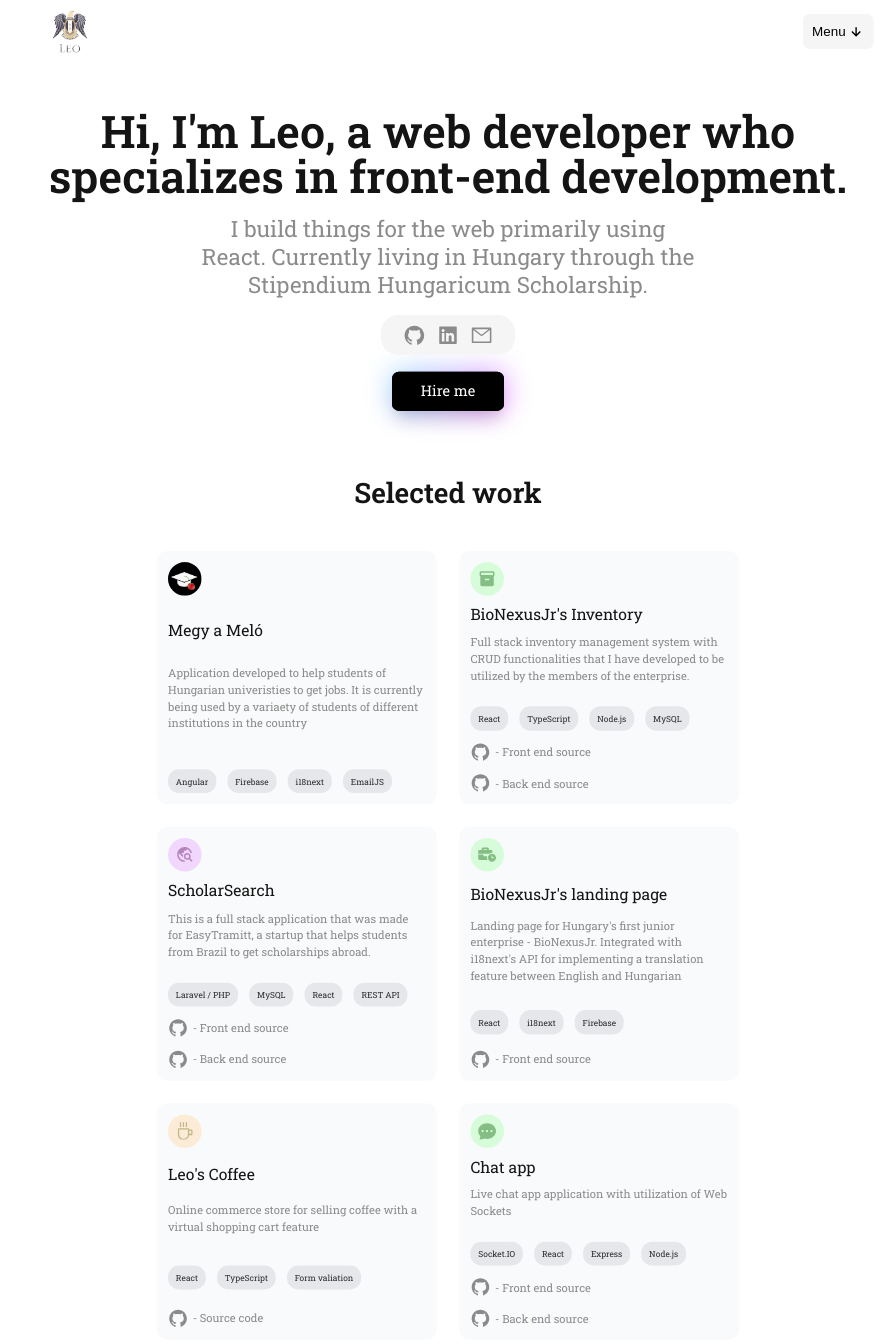
Repository: Leoka2000/portfolio-final
Page: /
These files come from the project's save history. The page is drawn as it stood at one moment and after the next save; the edit follows.
The browser window is 1280 px wide. The pictures show the part of the page from y = 0 to 1920 px (the page is 3461 px tall), at 70% of full size.
Some web fonts or font styles are not loaded; a fallback is used. The project was rebuilt for these pictures with package versions that can differ from the ones it lists, and the page was loaded fresh each time. Some packages were replaced by stand-ins written for this rebuild. Also part of the build but not shown: src/App.css. Imported but missing from the stored project, and not drawn on this page: src/assets/BioNexus.mp4, src/assets/LeoCV.pdf, src/assets/ScholarSearch.mp4, src/assets/chat-app.mp4.

Above is the page before, as saved 2023-10-21 12:51:48.

After the next save:
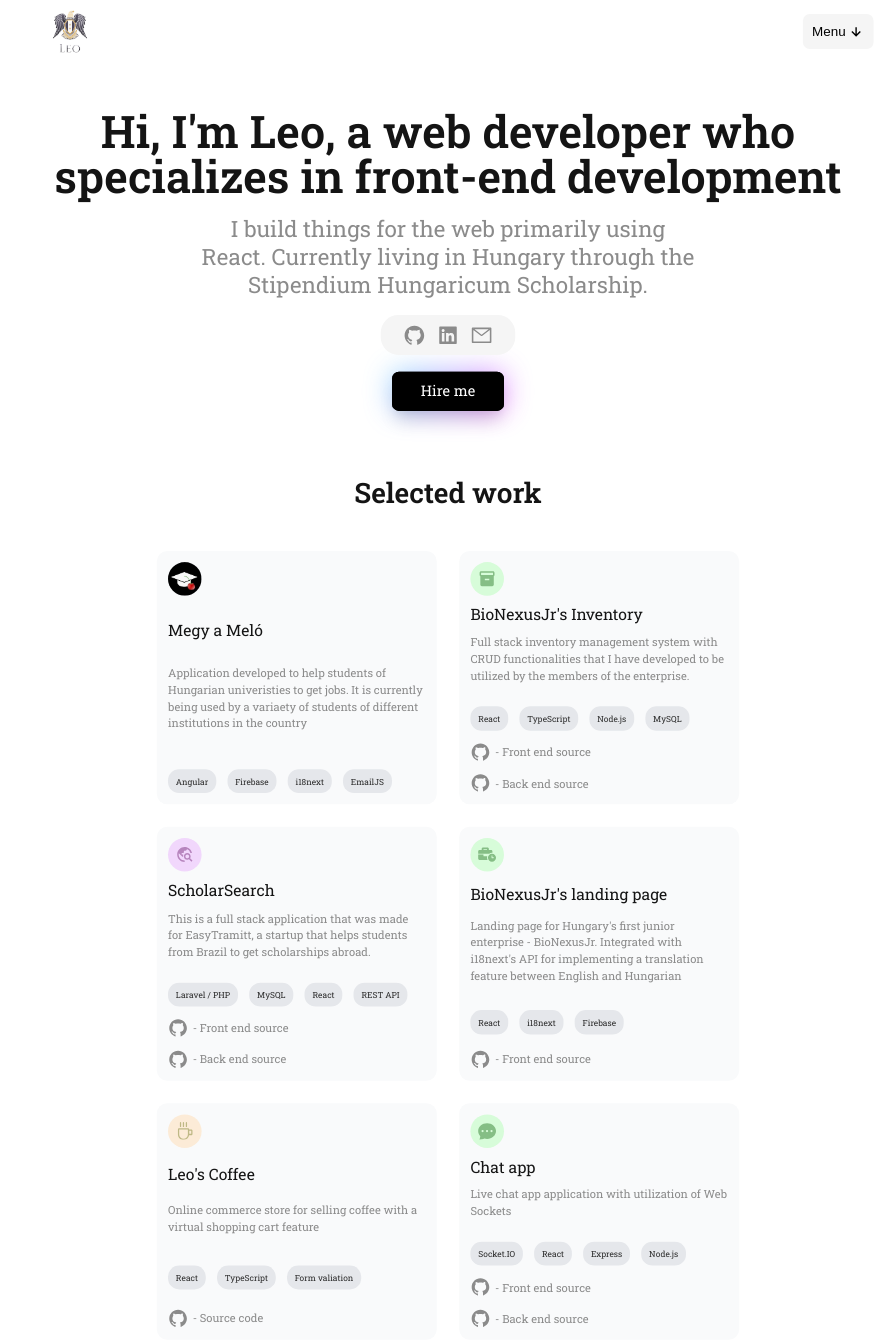
Saved 5 s later.
--- a/src/pages/main/hero/hero.jsx
+++ b/src/pages/main/hero/hero.jsx
@@ -9,7 +9,7 @@
   return (
     <>
       <section className='hero-section'>
-        <h1>Hi, I'm Leo, a web developer who specializes in front-end development.</h1>
+        <h1>Hi, I'm Leo, a web developer who specializes in front-end development</h1>
         <p>I build things for the web primarily using React. Currently living in Hungary through the Stipendium Hungaricum Scholarship.</p>
         <div className='icons-wrapper'>
           <a target='_blank' href="https://github.com/Leoka2000"><AiFillGithub/></a>
